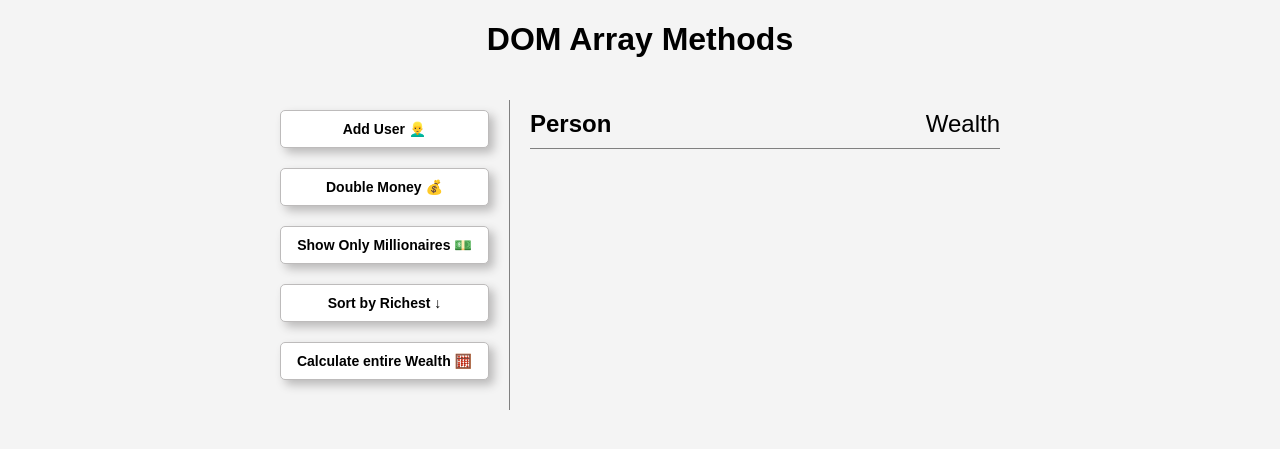
Repository: Youvelop/DOMArrayMethods
Page: index.html
An editor plug-in stored every save of this project. The page is shown before and after the next save, followed by the edit.
The browser window is 1280 px wide. The pictures show the whole page.
After loading, the first visible `#calculate-wealth` was clicked once.
The page's requests for data from a server got no answer.

Above is the page before, as saved 2020-07-01 15:04:32.

### index.html
<!DOCTYPE html>
<html lang="en">
  <head>
    <meta charset="UTF-8" />
    <meta name="viewport" content="width=device-width, initial-scale=1.0" />
    <link rel="stylesheet" href="style.css" />
    <title>DOM Array Methods</title>
  </head>
  <body>
    <h1>DOM Array Methods</h1>

    <div class="container">
      <aside>
        <button id="add-user">Add User 👱‍♂️</button>
        <button id="double">Double Money 💰</button>
        <button id="show-millionaires">Show Only Millionaires 💵</button>
        <button id="sort">Sort by Richest ↓</button>
        <button id="calculate-wealth">Calculate entire Wealth 🧮</button>
      </aside>
      <main id="main">
        <h2><strong>Person</strong>Wealth</h2>
      </main>
    </div>

    <script src="script.js"></script>
  </body>
</html>

### style.css
* {
  box-sizing: border-box;
}
body {
  background: #f4f4f4;
  font-family: Arial, Helvetica, sans-serif;
  display: flex;
  flex-direction: column;
  align-items: center;
  min-height: 100vh;
  margin: 0;
}

.container {
  display: flex;
  padding: 20px;
  margin: 0 auto;
  max-width: 100%;
  width: 800px;
}

aside {
  padding: 10px 20px;
  width: 250px;
  border-right: 1px solid rgb(128, 128, 128);
}
button {
  cursor: pointer;
  background-color: #fff;
  border: solid 1px rgb(189, 187, 187);
  box-shadow: 5px 5px 10px #bbbaba;
  border-radius: 5px;
  display: block;
  width: 100%;
  padding: 10px;
  margin-bottom: 20px;
  font-weight: bold;
  font-size: 14px;
}

main {
  flex: 1;
  padding: 10px 20px;
}

h2 {
  border-bottom: 1px solid rgb(128, 128, 128);
  padding-bottom: 10px;
  display: flex;
  justify-content: space-between;
  font-weight: 300;
  margin: 0 0 20px;
}
h3 {
  background-color: #fff;
  border-bottom: 1px solid rgb(128, 128, 128);
  padding: 10px;
  display: flex;
  justify-content: space-between;
  font-weight: 300;
  margin: 20px 0 0;
}

.person {
  display: flex;
  justify-content: space-between;
  font-size: 20px;
  margin-bottom: 10px;
}

### script.js
const main = document.getElementById('main');
const addUserBtn = document.getElementById('add-user');
const doubleBtn = document.getElementById('double');
const showMillionairesBtn = document.getElementById('show-millionaires');
const sortBtn = document.getElementById('sort');
const calculateWealthBtn = document.getElementById('calculate-wealth');

let data = [];

getRandomUser();
getRandomUser();
getRandomUser();

// Fetch random user and add money
async function getRandomUser() {
  const res = await fetch('https://randomuser.me/api');
  const data = await res.json();

  const user = data.results[0];

  const newUser = {
    name: `${user.name.first} ${user.name.last}`,
    money: Math.floor(Math.random() * 1000000),
  };

  addData(newUser);
}

// Double everyones money
function doubleMoney() {
  data = data.map((user) => {
    return { ...user, money: user.money * 2 };
  });
  updateDOM();
}

// Sort users by richest
function sortByRichest() {
  data.sort((a, b) => b.money - a.money);
  updateDOM();
}

// Filter only millionaires
function showMillionaires() {
  data = data.filter((user) => user.money > 1000000);
  updateDOM();
}

function calculateWealth() {
  const wealth = data.reduce((acc, user) => (acc += user.money), 0);

  console.log(formatMoney(wealth));
}

// Add new obj to data arr
function addData(obj) {
  data.push(obj);

  updateDOM();
}

// Update DOM
function updateDOM(providedData = data) {
  // Clear main div
  main.innerHTML = '<h2><strong>Person</strong>Wealth</h2>';

  providedData.forEach((item) => {
    const element = document.createElement('div');
    element.classList.add('person');
    element.innerHTML = `<strong>${item.name}</strong> ${formatMoney(
      item.money
    )}`;
    main.appendChild(element);
  });
}

// Format number as money
function formatMoney(number) {
  return '$' + number.toFixed(2).replace(/\d(?=(\d{3})+\.)/g, '$&,');
}

// Event Listeners
addUserBtn.addEventListener('click', getRandomUser);
doubleBtn.addEventListener('click', doubleMoney);
sortBtn.addEventListener('click', sortByRichest);
showMillionairesBtn.addEventListener('click', showMillionaires);
calculateWealthBtn.addEventListener('click', calculateWealth);

After the next save:
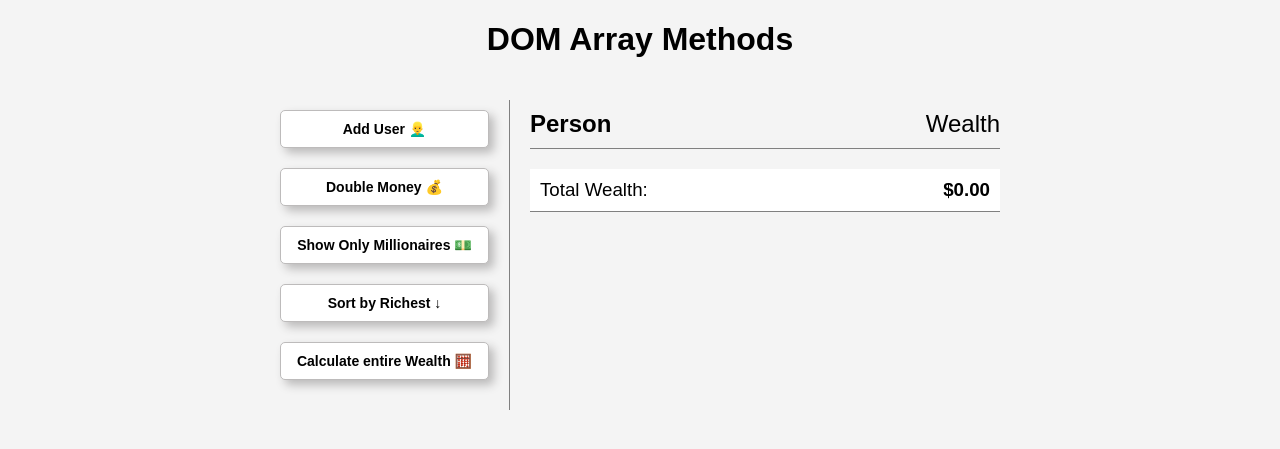
Saved 2 min 32 s later.
--- a/script.js
+++ b/script.js
@@ -49,7 +49,12 @@ function showMillionaires() {
 function calculateWealth() {
   const wealth = data.reduce((acc, user) => (acc += user.money), 0);
 
-  console.log(formatMoney(wealth));
+  const wealthEl = document.createElement('div');
+  wealthEl.innerHTML = `<h3>Total Wealth: <strong>${formatMoney(
+    wealth
+  )}</strong></h3>`;
+
+  main.appendChild(wealthEl);
 }
 
 // Add new obj to data arr
